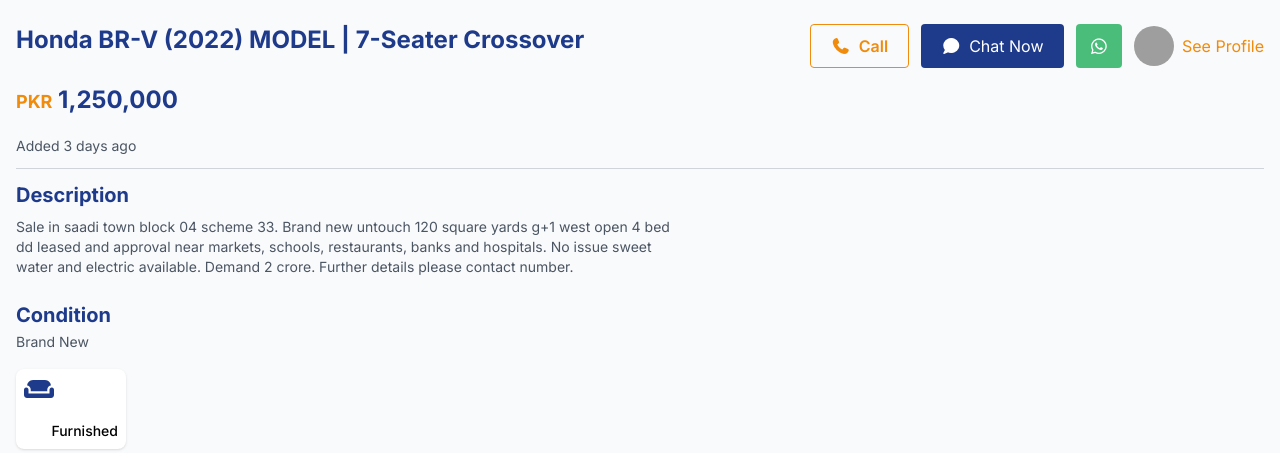
Repository: ARFA-SAEED/miljayega
Page: src/motorsPage/bikes_1.html
The author's editor kept a copy of each file at every save. The page is drawn from the files as they stood at one save, then again after a run of saves.
The browser window is 1280 px wide. The pictures show the part of the page from y = 633 to 1086 px (the page is 2068 px tall).
Pictures or frames that could not be fetched are drawn as grey boxes. A picture or video elsewhere on the page could not be fetched, so the positions and the page height are approximate. Some web fonts or font styles are not loaded; a fallback is used. Some web libraries are served in a nearby version.

Above is the page before, as saved 2025-08-25 13:20:01.

### src/motorsPage/bikes_1.html
<!DOCTYPE html>
<html lang="en">

<head>
    <meta charset="utf-8" />
    <meta content="width=device-width, initial-scale=1.0" name="viewport" />
    <title>Miljaega.pk - Bikes 1</title>
    <script src="https://cdn.tailwindcss.com?plugins=forms,container-queries"></script>
    <link href="https://fonts.googleapis.com/css2?family=Inter:wght@400;500;600;700&display=swap" rel="stylesheet" />
    <link href="https://fonts.googleapis.com/css2?family=Poppins:wght@400;500;600;700&display=swap" rel="stylesheet" />
    <link href="https://fonts.googleapis.com/icon?family=Material+Icons" rel="stylesheet" />
    <link href="https://fonts.googleapis.com/css2?family=Lalezar&display=swap" rel="stylesheet">
    <link href="https://fonts.googleapis.com/css2?family=Noto+Nastaliq+Urdu&display=swap" rel="stylesheet">
    <script src="https://cdn.jsdelivr.net/npm/alpinejs@3.x.x/dist/cdn.min.js" defer></script>
    <script src="https://cdn.jsdelivr.net/npm/@tailwindcss/browser@4"></script>
    <link rel="stylesheet" href="./Css/miljaega-homepage.css">
    <!-- Font Awesome CDN -->
    <link href="https://cdnjs.cloudflare.com/ajax/libs/font-awesome/6.5.2/css/all.min.css" rel="stylesheet">

    <link rel="stylesheet" href="https://cdnjs.cloudflare.com/ajax/libs/font-awesome/7.0.0/css/all.min.css"
        integrity="sha512-DxV+EoADOkOygM4IR9yXP8Sb2qwgidEmeqAEmDKIOfPRQZOWbXCzLC6vjbZyy0vPisbH2SyW27+ddLVCN+OMzQ=="
        crossorigin="anonymous" referrerpolicy="no-referrer" />
</head>

<body class="bg-gray-50">

    <!-- Header -->
    <header class="bg-white shadow-sm fixed top-0 z-50 w-full">
        <div class="lg:mx-auto 2xl:mx-20 relative py-3 container px-4 sm:px-6">
            <div class="flex justify-between items-center py-3">
                <!-- Left: Logo -->
                <div class="flex-shrink-0">
                    <img src="../../../assets/images/logo.svg" alt="Logo" class="h-8 sm:h-10" />
                </div>

                <!-- Center Nav (Desktop) -->
                <nav
                    class="hidden xl:flex absolute 2xl:ms-[440px] left-1/2 transform -translate-x-1/2 space-x-6 text-sm font-medium text-gray-600">
                    <div class="flex justify-center mt-2">
                        <div class="inline-flex rounded-lg shadow-md bg-white overflow-hidden">
                            <a href="#"
                                class="px-6 py-3 text-sm font-medium text-white bg-blue-900 hover:bg-blue-900 transition duration-300 flex items-center">
                                <i class="fa-solid fa-list mr-2"></i> ALL
                            </a>
                            <a href="#"
                                class="px-6 py-3 text-sm font-medium text-pak-green hover:bg-[rgb(220,228,245)] flex items-center">
                                <i class="fa-solid fa-circle-plus mr-2"></i> NEW
                            </a>
                            <a href="#"
                                class="px-6 py-3 text-sm font-medium text-pak-green hover:bg-[rgb(220,228,245)] flex items-center">
                                <i class="fa-solid fa-recycle mr-2"></i> USED
                            </a>
                            <a href="#"
                                class="px-6 py-3 text-sm font-medium text-pak-green hover:bg-[rgb(220,228,245)] flex items-center">
                                <i class="fa-solid fa-key mr-2"></i> RENT
                            </a>
                            <a href="#"
                                class="px-6 py-3 text-sm font-medium text-pak-green hover:bg-[rgb(220,228,245)] flex items-center">
                                <i class="fa-solid fa-arrow-right-arrow-left mr-2"></i> Exchange
                            </a>
                        </div>
                    </div>
                </nav>

                <!-- Mobile Hamburger -->
                <button id="mobileMenuToggle" class="block xl:hidden text-gray-700 hover:text-primary-green">
                    <svg class="w-7 h-7" fill="none" stroke="currentColor" stroke-width="2" viewBox="0 0 24 24">
                        <path stroke-linecap="round" stroke-linejoin="round" d="M4 6h16M4 12h16M4 18h16"></path>
                    </svg>
                </button>
            </div>
        </div>
    </header>

    <!-- Mobile Menu -->
    <div id="mobileMenu"
        class="xl:hidden hidden bg-white shadow-md fixed top-[72px] left-0 right-0 z-40 max-h-[calc(100vh-72px)] overflow-y-auto">
        <div class="px-4 py-4 space-y-4 text-sm font-medium text-gray-700">
            <div class="flex justify-around text-center gap-2 flex-wrap">
                <a href="#" class="flex flex-col items-center gap-1 hover:text-primary-green">
                    <img src="./images/second-hand.png" class="w-6 h-6" /> Used
                </a>
                <a href="#" class="flex flex-col items-center gap-1 hover:text-primary-green">
                    <img src="./images/new.png" class="w-6 h-6" /> New
                </a>
                <a href="#" class="flex flex-col items-center gap-1 hover:text-primary-green">
                    <img src="./images/exchange.png" class="w-6 h-6" /> Exchange
                </a>
                <a href="#" class="flex flex-col items-center gap-1 hover:text-primary-green">
                    <img src="./images/rent.png" class="w-6 h-6" /> Rentals
                </a>
            </div>
        </div>
    </div>

    <!-- Spacer -->
    <div class="pt-[72px]"></div>

    <!-- Images Section -->
    <div class="container mx-auto px-4 mt-12">
        <div class="grid grid-cols-1 lg:grid-cols-2 gap-3">
            <div>
                <img class="w-full h-[250px] sm:h-[400px] lg:h-[513px] object-cover rounded-lg lg:rounded-l-[10px]"
                    src="https://auto.yugatech.com/wp-content/uploads/2022/09/2023-Honda-BRV-Main-2048x1024.jpg" alt="">
            </div>
            <div class="flex flex-col gap-3">
                <img class="w-full h-[200px] sm:h-[250px] object-cover rounded-lg lg:rounded-tr-[10px]"
                    src="https://hondaotodalat.com.vn/wp-content/uploads/2020/02/honda_BRV_hondaotovovankiet_vn_15.jpg"
                    alt="">
                <img class="w-full h-[200px] sm:h-[250px] object-cover rounded-lg lg:rounded-br-[10px]"
                    src="https://d31sro4iz4ob5n.cloudfront.net/upload/car/br-v-2024/feature/interior/br-v-2024-lhd-amplio-confort-y-versatilidad.jpg"
                    alt="">
            </div>
        </div>
    </div>

    <!-- Title & Buttons -->
    <div class="container mx-auto px-4 mt-6 flex flex-col lg:flex-row justify-between items-start gap-4">
        <h1 class="font-bold text-blue-900 text-xl lg:text-2xl">
            Honda BR-V (2022) MODEL | 7-Seater Crossover
        </h1>
        <div class="flex flex-wrap gap-3">
            <button class="border border-[#F08B0B] text-[#F08B0B] font-semibold rounded px-5 py-2 flex items-center">
                <i class="fa-solid fa-phone me-2"></i> Call
            </button>
            <button class="bg-blue-900 hover:bg-blue-800 text-white rounded px-5 py-2 flex items-center">
                <i class="fa-solid fa-comment me-2"></i> Chat Now
            </button>
            <button class="bg-[#4ABD7A] text-white rounded px-3 py-2 flex items-center">
                <i class="fa-brands fa-whatsapp text-lg"></i>
            </button>
            <div class="flex items-center gap-2">
                <img class="rounded-full h-10 w-10"
                    src="https://tse3.mm.bing.net/th/id/OIP.WpIMP_W3gb5bZ81rA-K2YgHaHa?pid=Api&P=0&h=220" alt="">
                <span class="text-[#F08B0B]">See Profile</span>
            </div>
        </div>
    </div>


    <!-- Price -->
    <div class="container mx-auto px-4 mt-4">
        <h1 class="text-blue-900 font-bold text-xl lg:text-2xl">
            <span class="text-lg text-[#F08B0B]">PKR</span> 1,250,000
        </h1>
        <p class="text-gray-600 text-sm mt-5 pb-3 border-b border-gray-300">Added 3 days ago</p>
    </div>

    <!-- Description -->
    <div class="container mx-auto px-4 mt-3">
        <h1 class="text-blue-900 font-bold text-xl mb-2">Description</h1>
        <p class="text-sm text-gray-600 max-w-2xl">
            Sale in saadi town block 04 scheme 33. Brand new untouch 120 square yards g+1 west open 4 bed dd leased and
            approval near markets, schools, restaurants, banks and hospitals. No issue sweet water and electric
            available.
            Demand 2 crore. Further details please contact number.
        </p>
    </div>

    <!-- Condition -->
    <div class="container mx-auto px-4 mt-6">
        <h1 class="text-blue-900 font-bold text-xl">Condition</h1>
        <span class="text-gray-600 text-sm">Brand New</span>
        <div class="relative mt-4 shadow rounded-lg h-20 w-[110px] bg-white p-3">
            <i class="fa-solid fa-couch text-blue-900 text-2xl absolute top-1 left-2"></i>
            <span class="absolute bottom-2 right-2 text-sm font-medium">Furnished</span>
        </div>
    </div>

    <!-- Location -->
    <div class="container mx-auto px-4 mt-6">
        <h1 class="text-blue-900 font-bold text-xl mb-3">Location and nearby facilities</h1>
        <div class="flex flex-wrap gap-4 mb-5">
            <button class="flex items-center gap-2 px-4 py-2 bg-white rounded-lg shadow-md">
                <i class="fa-solid fa-border-all text-[#F08B0B]"></i> All
            </button>
            <button class="flex items-center gap-2 px-4 py-2 bg-white rounded-lg shadow-md">
                <i class="fa-solid fa-school text-[#F08B0B]"></i> School
            </button>
            <button class="flex items-center gap-2 px-4 py-2 bg-white rounded-lg shadow-md">
                <i class="fa-solid fa-hospital text-[#F08B0B]"></i> Hospitals
            </button>
            <button class="flex items-center gap-2 px-4 py-2 bg-white rounded-lg shadow-md">
                <i class="fa-solid fa-utensils text-[#F08B0B]"></i> Restaurant
            </button>
        </div>
        <img src="https://png.pngtree.com/png-clipart/20230315/original/pngtree-map-location-pin-with-red-png-image_8989833.png"
            class="h-[300px] sm:h-[400px] mx-auto" alt="">
    </div>
    <footer class="bg-[#0C3168] text-white">
        <div class="container mx-auto px-4 sm:px-6 lg:px-8 py-10">

            <!-- ✅ Mobile/Tablet (sm, md, lg): 2 Rows Layout -->
            <div class="flex  flex-wrap gap-8 lg:hidden">
                <!-- Row 1: ABOUT US + MY ACCOUNT -->
                <div class="w-full flex   gap-8">
                    <!-- ABOUT US -->
                    <div class="w-full ms-10 md:ms-0 sm:w-1/2 text-left">
                        <ul class="leading-10">
                            <li class="font-bold text-xl mb-3">ABOUT US</li>
                            <li>FAQ</li>
                            <li>Anti Scam</li>
                            <li>Term of use</li>
                            <li>Privacy Policy</li>
                            <li>Contact Us</li>
                            <li>Sitemap</li>
                        </ul>
                    </div>
                    <!-- MY ACCOUNT -->
                    <div class="w-full ms-20 md:ms-60 sm:w-1/2 text-left">
                        <ul class="leading-10">
                            <li class="font-bold text-xl mb-3">MY ACCOUNT</li>
                            <li>Login</li>
                            <li>Register</li>
                        </ul>
                    </div>
                </div>

                <!-- Row 2: Miljaega + Social -->
                <div class="w-full flex gap-8 mt-5">
                    <!-- Miljaega -->
                    <div class="w-full sm:w-1/2 ms-10 md:ms-0 text-left">
                        <ul class="leading-10">
                            <li class="font-bold text-xl mb-3">Miljaega</li>
                            <li>Inspected by miljaega</li>
                            <li>Featured by miljaega</li>
                            <li>Recomended by miljaega</li>
                        </ul>
                    </div>
                    <!-- Social -->
                    <div class="w-full ms-20 md:ms-60  sm:w-1/2 text-left leading-15">
                        <ul>
                            <li class="font-bold text-xl  mb-3">FOLLOW US</li>
                        </ul>
                        <div class=" ms-8 md:ms-0 sm:flex-wrap md:flex mt-3 gap-5">
                            <img src="../../assets/images/fb.svg" class="h-10" alt="">
                            <img src="../../assets/images/insta.svg" class="h-10" alt="">
                            <img src="../../assets/images/twitter.svg" class="h-10" alt="">
                            <img src="../../assets/images/youtube.svg" class="h-10" alt="">
                        </div>
                    </div>
                </div>
            </div>

            <!-- ✅ XL and Up: Original 4-column Layout -->
            <div class="hidden lg:block lg:flex lg:justify-between xl:gap-8">
                <!-- ABOUT US -->
                <div class="w-full sm:w-1/2 xl:w-auto mb-5 xl:mb-0  xl:text-left">
                    <ul class="leading-10">
                        <li class="font-bold text-xl mb-3">ABOUT US</li>
                        <li>FAQ</li>
                        <li>Anti Scam</li>
                        <li>Term of use</li>
                        <li>Privacy Policy</li>
                        <li>Contact Us</li>
                        <li>Sitemap</li>
                    </ul>
                </div>
                <!-- MY ACCOUNT -->
                <div class="w-full sm:w-1/2 xl:w-auto text-left mb-5 xl:mb-0">
                    <ul class="leading-10">
                        <li class="font-bold text-xl mb-3">MY ACCOUNT</li>
                        <li>Login</li>
                        <li>Register</li>
                    </ul>
                </div>
                <!-- Miljaega -->
                <div class="w-full sm:w-1/2 xl:w-auto mb-5 xl:mb-0 text-left">
                    <ul class="leading-10">
                        <li class="font-bold text-xl mb-3">Miljaega</li>
                        <li>Inspected by miljaega</li>
                        <li>Featured by miljaega</li>
                        <li>Recomended by miljaega</li>
                    </ul>
                </div>
                <!-- Social -->
                <div class="w-full sm:w-1/2 xl:w-auto text-left mb-5 xl:mb-0 leading-15">
                    <ul>
                        <li class="font-bold text-xl mb-3">FOLLOW US</li>
                    </ul>
                    <div class="flex  ustify-start mt-3 gap-5">
                        <img src="../../assets/images/fb.svg" class="h-10" alt="">
                        <img src="../../assets/images/insta.svg" class="h-10" alt="">
                        <img src="../../assets/images/twitter.svg" class="h-10" alt="">
                        <img src="../../assets/images/youtube.svg" class="h-10" alt="">
                    </div>
                </div>
            </div>

            <!-- Footer bottom -->
            <div class="text-center border-t-2 border-white mt-10 pt-5 text-sm">
                <p>© Copyright 2025 Miljaega <br>Powered by The Tech Creators</p>
            </div>
        </div>
    </footer>

    <script>
        // Mobile menu toggle
        document.addEventListener("DOMContentLoaded", () => {
            const toggleBtn = document.getElementById("mobileMenuToggle");
            const mobileMenu = document.getElementById("mobileMenu");
            toggleBtn.addEventListener("click", () => {
                mobileMenu.classList.toggle("hidden");
            });
        });
    </script>

</body>

</html>

### assets/Css/miljaega-homepage.css
 :root {
   --primary-green: #0B6847;
 }

 body {
   font-family: 'Inter', sans-serif;
   background-color: #f8fafc;
 }

 .text-primary-green {
   color: var(--primary-green);
 }

 .bg-primary-green {
   background-color: #003E3E;
 }

 .border-primary-green {
   border-color: var(--primary-green);
 }

 .card {
   @apply bg-white rounded-lg shadow-[0_4px_6px_-1px_rgba(0, 0, 0, 0.1), 0_2px_4px_-2px_rgba(0, 0, 0, 0.1)] transition-transform duration-200;
 }

 .card:hover {
   transform: translateY(-5px);
 }

 .verified-badge {
   @apply text-blue-600 text-base;
 }


 /* Sell Button */
 ._520955ba {
   position: relative;
   overflow: hidden;
   border-radius: 4px;
 }

 header {
   z-index: 100;
 }

 .fbf39733 {
   background-color: #ffffff;
   /* Green background */
   border: none;
   cursor: pointer;
 }

 ._6257aca6 {
   object-fit: contain;
   z-index: 1;
 }


 ._948d9e0a {
   position: relative;
   z-index: 2;
 }

 ._27a68d65 {
   display: flex;
   align-items: center;
 }

 .b2e0090c {
   padding: 8px 16px;
 }

 ._371e9918 {
   color: white;
 }

 ._6041419a {
   margin-right: 8px;
 }

 ._8206696c {
   font-weight: 900;
 }

 .b7af14b4 {
   font-size: 12px;
 }

 .dd240920 {
   line-height: 1.5;
 }

 @import url('https://fonts.googleapis.com/css2?family=Inter:wght@300;400;500;600;700&display=swap');

 body {
   font-family: 'Inter', sans-serif;

 }

 .card-hover {
   transition: all 0.3s ease;
   box-shadow: 0 4px 6px rgba(0, 0, 0, 0.05);
 }

 .card-hover:hover {
   transform: translateY(-5px);
   box-shadow: 0 10px 25px rgba(0, 0, 0, 0.1);
 }

 .image-hover {
   transition: transform 0.5s ease;
 }

 .status-dot {
   position: absolute;
   bottom: 5px;
   right: 10px;
   width: 12px;
   height: 12px;
   background-color: #1dbf73;
   border: 2px solid white;
   border-radius: 50%;
   z-index: 10;
   box-shadow: 0 0 0 2px rgba(29, 191, 115, 0.3);
 }

 .status-pulse {
   position: absolute;
   bottom: -1px;
   right: -1px;
   width: 16px;
   height: 16px;
   background-color: rgba(29, 191, 115, 0.4);
   border-radius: 50%;
   z-index: 5;
   animation: pulse 1.5s infinite;
 }

 @keyframes pulse {
   0% {
     transform: scale(0.8);
     opacity: 0.7;
   }

   70% {
     transform: scale(1.5);
     opacity: 0;
   }

   100% {
     transform: scale(0.8);
     opacity: 0;
   }
 }

 .star-container {
   display: inline-flex;
   align-items: center;
   margin-left: -8px;
 }

 .star-full {
   color: #f2880f;
   position: relative;
 }

 .star-full::before {
   content: "★";
   position: absolute;
   color: white;
   font-size: 15px;
   top: 2px;
   left: 2px;
 }

 .star-half {
   position: relative;
   width: 20px;
   height: 20px;
 }

 .star-half-left {
   position: absolute;
   left: 0;
   width: 50%;
   height: 100%;
   background: #ff643d;
   border-top-left-radius: 3px;
   border-bottom-left-radius: 3px;
 }

 .star-half-right {
   position: absolute;
   right: 0;
   width: 50%;
   height: 100%;
   background: rgba(200, 201, 202, 0.48);
   border-top-right-radius: 3px;
   border-bottom-right-radius: 3px;
 }

 .star-half::before {
   content: "★";
   position: absolute;
   color: white;
   font-size: 15px;
   top: 2px;
   left: 2px;
   z-index: 10;
 }

 .badge {
   transition: all 0.3s ease;
 }

 .badge:hover {
   transform: scale(1.05);
 }

 .arrow-tab {
   position: relative;
   padding: 0.75rem 2rem;
   display: flex;
   align-items: center;
   justify-content: center;
   clip-path: polygon(0 0, calc(100% - 20px) 0, 100% 50%, calc(100% - 20px) 100%, 0 100%, 20px 50%);
   margin-left: -18px;
   cursor: pointer;
   transition: all 0.2s ease;
 }

 .arrow-tab:first-child {
   clip-path: polygon(0 0, calc(100% - 20px) 0, 100% 50%, calc(100% - 20px) 100%, 0 100%);
   margin-left: 0;
   padding-left: 3rem;
 }

 .arrow-tab.active {
   background-color: #1e3a8a;
   /* Tailwind's blue-900 */
   color: white;
   z-index: 10;
 }

 .arrow-tab:not(.active):hover {
   background-color: #ced8f3;
   /* Light gray on hover */
 }

 @media (min-width: 1024px) and (max-width: 1028px) {
   .custom-mt {
     margin-top: 10px;
     /* Equivalent to mt-9 */
   }
 }

 .thumbnail {
   transition: all 0.2s ease;
 }

 .thumbnail:hover {
   transform: scale(1.05);
   box-shadow: 0 0 5px rgba(59, 130, 246, 0.5);
 }

 #main-image {
   transition: opacity 0.3s ease;
 }



 .scrollbar-hide::-webkit-scrollbar {
   display: none;
 }

 .scrollbar-hide {
   -ms-overflow-style: none;
   scrollbar-width: none;
 }

 .search-dropdown {
   display: none;
   position: absolute;
   top: 100%;
   /* directly below input */
   left: 0;
   width: 100%;
   max-height: 400px;
   overflow-y: auto;
   /* only scroll when necessary */
   z-index: 999999;
   /* way above all site content */
   background: white;
   border: 1px solid #e5e7eb;
   border-radius: 0.5rem;
   box-shadow: 0 4px 6px -1px rgba(0, 0, 0, 0.1),
     0 2px 4px -1px rgba(0, 0, 0, 0.06);
 }

 .search-dropdown-section {
   padding-left: 13px;
   padding-right: 13px;
   padding-bottom: 10px;

 }

 .search-dropdown-section:last-child {
   border-bottom: none;
 }

 .search-dropdown-item {
   padding: 0.5rem;
   cursor: pointer;
   border-radius: 0.25rem;
   background-color: white;
 }

After the next 2 saves:
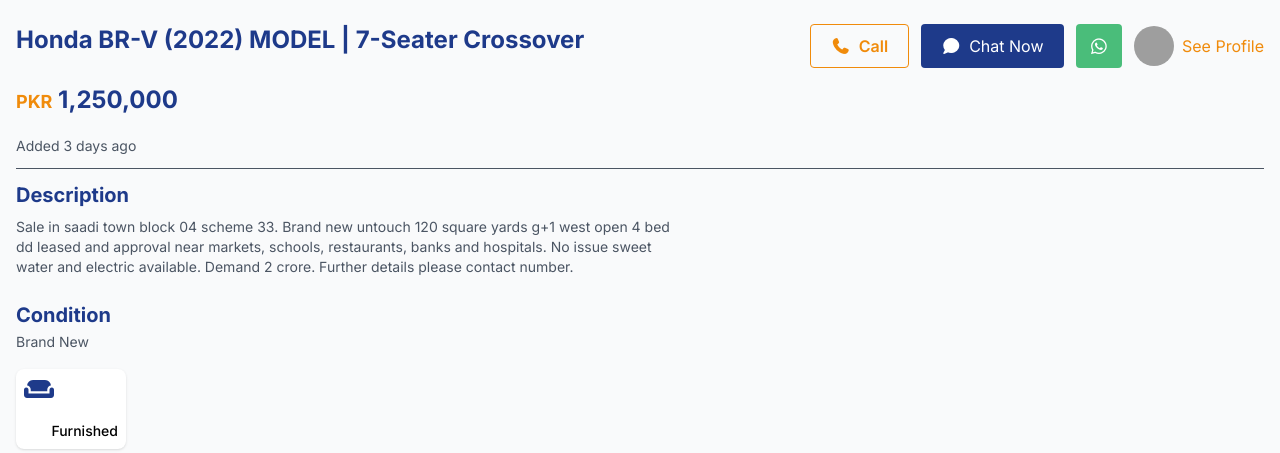
The 2 saves are shown as one change because they came seconds apart.
The last was saved 9 s later.
--- a/src/motorsPage/bikes_1.html
+++ b/src/motorsPage/bikes_1.html
@@ -143,7 +143,7 @@
         <h1 class="text-blue-900 font-bold text-xl lg:text-2xl">
             <span class="text-lg text-[#F08B0B]">PKR</span> 1,250,000
         </h1>
-        <p class="text-gray-600 text-sm mt-5 pb-3 border-b border-gray-300">Added 3 days ago</p>
+        <p class="text-gray-600 text-sm mt-5 pb-3 border-b border-gray-600">Added 3 days ago</p>
     </div>
 
     <!-- Description -->
